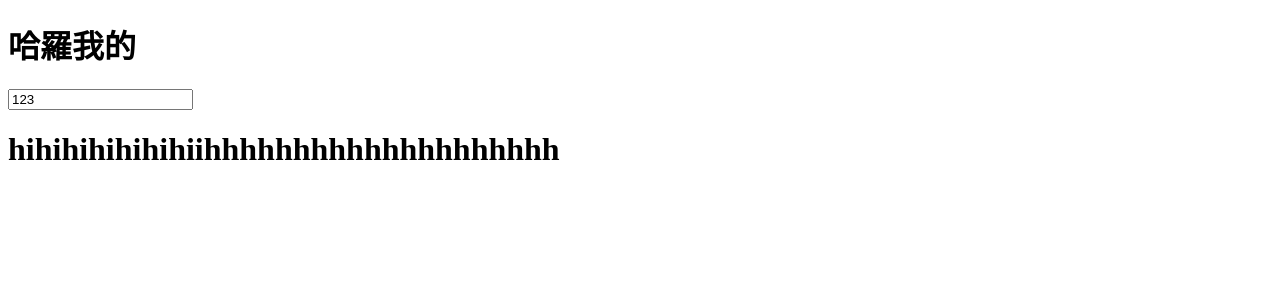
Repository: kenneth5831/testProj
Page: http://localhost/SSHTest/index/index.jsp
An editor plug-in stored every save of this project. The page is shown before and after the next save, followed by the edit.
The browser window is 1280 px wide. The pictures show the whole page.
The page is served by Tomcat 9. Nobody is signed in. The application's start-up code is not run. Other server files are loaded and not shown.

Above is the page before, as saved 2014-12-05 09:57:54.

### SSHTest/WebContent/index/index.jsp
<%@ page language="java" contentType="text/html; charset=UTF-8" pageEncoding="UTF-8"%>
<%@ taglib prefix="s" uri="/struts-tags"%>
<!DOCTYPE html PUBLIC "-//W3C//DTD HTML 4.01 Transitional//EN" "http://www.w3.org/TR/html4/loose.dtd">
<html>
<head>
<meta http-equiv="Content-Type" content="text/html; charset=UTF-8">
<title>Insert title here</title>
</head>
<body>
	<H1>哈羅我的</H1>
	<input type="text" id="" name="" value="123" />
	<H1>hihihihihihihiihhhhhhhhhhhhhhhhhhhh</H1>
</body>
</html>

After the next save:
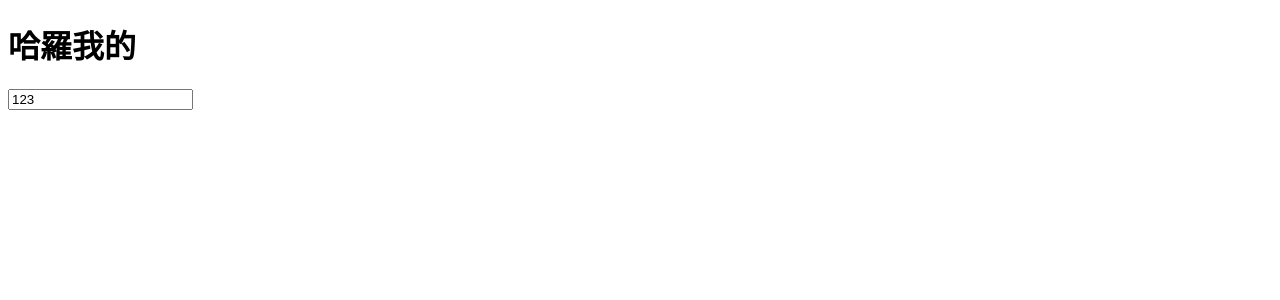
Saved 101 s later.
--- a/SSHTest/WebContent/index/index.jsp
+++ b/SSHTest/WebContent/index/index.jsp
@@ -9,6 +9,5 @@
 <body>
 	<H1>哈羅我的</H1>
 	<input type="text" id="" name="" value="123" />
-	<H1>hihihihihihihiihhhhhhhhhhhhhhhhhhhh</H1>
 </body>
 </html>
